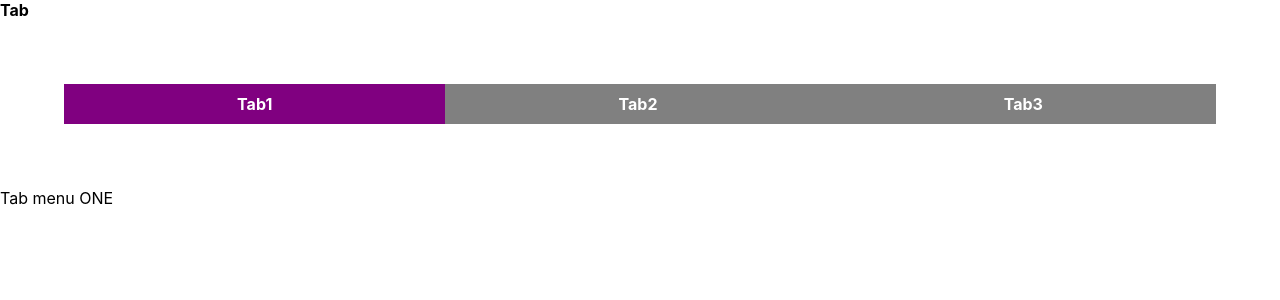
Repository: janghwahyun/wanted_pre_onboarding
Page: /Tab
The author's editor kept a copy of each file at every save. The page is drawn from the files as they stood at one save, then again after the next save.
The browser window is 1280 px wide. The pictures show the whole page.
The project was rebuilt for these pictures with package versions that can differ from the ones it lists, and the page was loaded fresh each time. Also part of the build but not shown: src/component/ClickToEdit.js, src/component/Modal.js, src/component/Tag.js, src/component/Toggle.js.

Above is the page before, as saved 2022-02-11 15:42:10.

After the next save:
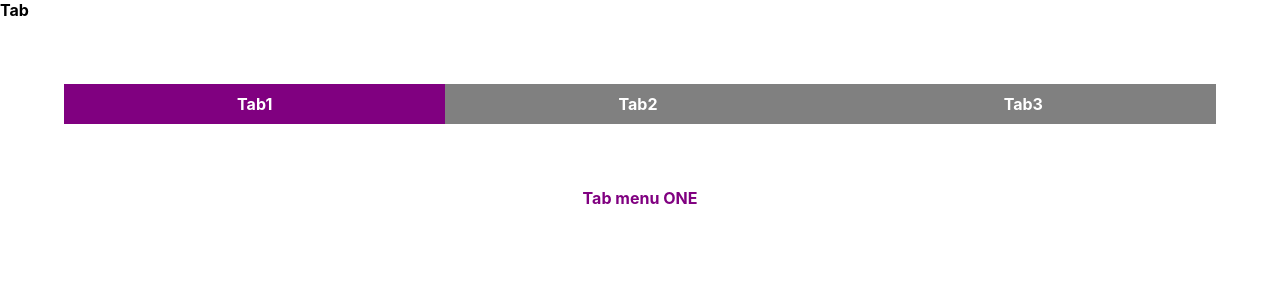
Saved 18 s later.
--- a/src/component/Tab.js
+++ b/src/component/Tab.js
@@ -25,9 +25,9 @@ const Tab = () => {
           );
         })}
       </TabMenu>
-      <valueView>
+      <ValueView>
         <p>{tapArr[isTab].value}</p>
-      </valueView>
+      </ValueView>
     </>
   );
 };
@@ -63,7 +63,7 @@ const TabMenu = styled.li`
   }
 `;
 
-const valueView = styled.div`
+const ValueView = styled.div`
   color: purple;
   font-weight: bold;
   text-align: center;
